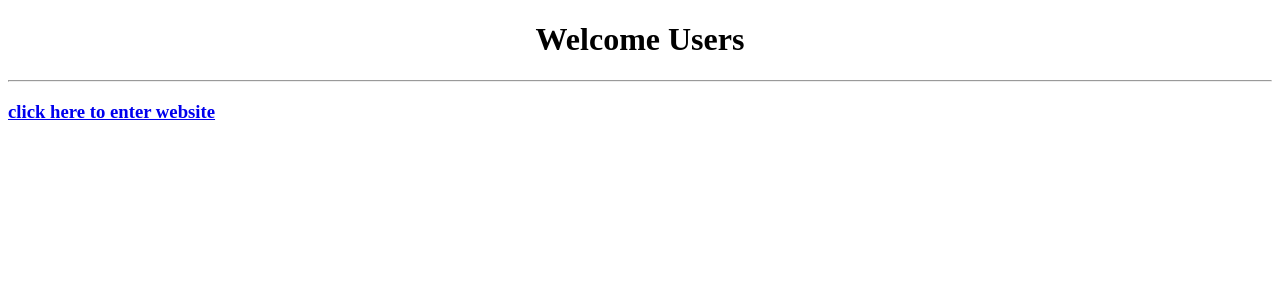
Repository: meet542/AdvanceJava
Page: http://localhost/Web-Project/
The author's editor kept a copy of each file at every save. The page is drawn from the files as they stood at one save, then again after the next save.
The browser window is 1280 px wide. The pictures show the whole page.
The page is served by Tomcat 9.

Above is the page before, as saved 2026-08-21 12:49:04.

After the next save:
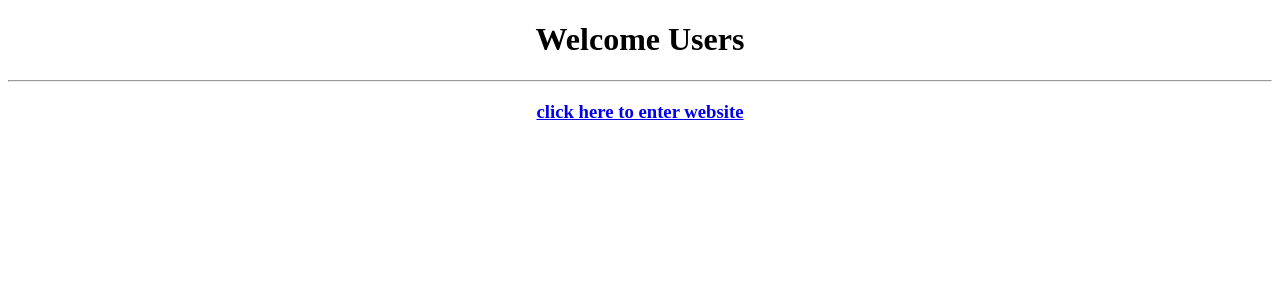
Saved 4 s later.
--- a/jspServlet-Workspace/Web-Project/src/main/webapp/index.jsp
+++ b/jspServlet-Workspace/Web-Project/src/main/webapp/index.jsp
@@ -9,6 +9,6 @@
 <body>
 	<h1 align = "center">Welcome Users</h1>
 	<hr>
-	<h3><a href = "WelcomeCtl">click here to enter website</a></h3>
+	<h3 align = "center"><a href = "WelcomeCtl">click here to enter website</a></h3>
 </body>
 </html>
